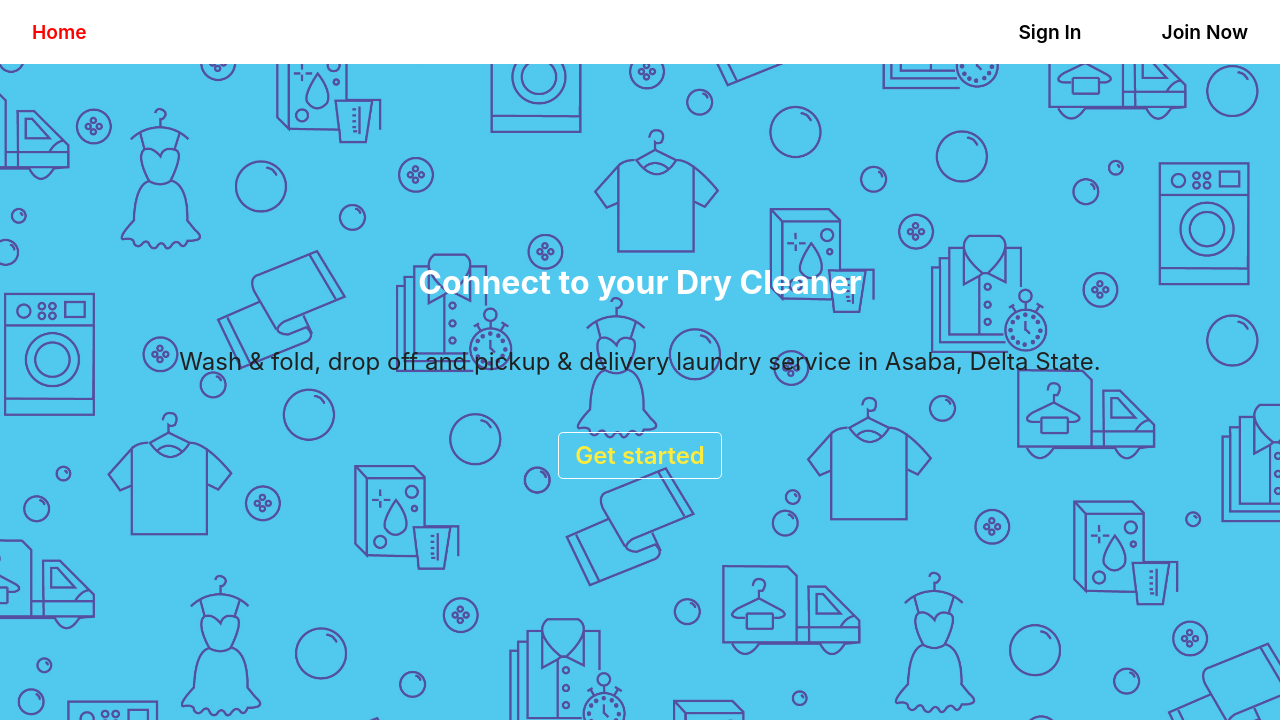
Repository: MikkyPrestige/fake-user-authentication
Page: /
The author's editor kept a copy of each file at every save. The page is drawn from the files as they stood at one save, then again after the next save.
The browser window is 1280 px wide. The pictures show the whole page.
The project was rebuilt for these pictures with package versions that can differ from the ones it lists, and the page was loaded fresh each time.

Above is the page before, as saved 2022-11-19 23:01:57.

### src/index.css
body {
  margin: 0;
  font-family: -apple-system, BlinkMacSystemFont, 'Segoe UI', 'Roboto', 'Oxygen',
    'Ubuntu', 'Cantarell', 'Fira Sans', 'Droid Sans', 'Helvetica Neue',
    sans-serif;
  -webkit-font-smoothing: antialiased;
  -moz-osx-font-smoothing: grayscale;
  background-image: url(./assets/img/pattern_blue-1.jpg);
  background-repeat: no-repeat;
  background-size: cover;
  background-position: center;
  background-attachment: fixed;
}

code {
  font-family: source-code-pro, Menlo, Monaco, Consolas, 'Courier New',
    monospace;
}

### src/App.jsx
import React from "react";
import { Route, Routes } from "react-router-dom";
import { Home, Navigation } from "./components";

function App() {
  return (
    <div className="App">
      <Navigation />
      <Routes>
      <Route path="/" element={< Home />} />
      </Routes>
    </div>
  );

}

export default App;

### src/components/index.js
export { default as Home } from './home';
export { default as Navigation } from './navigation';

### src/components/home.jsx
// HOME COMPONENT - This is the main component for the home page
// It contains the main content for the home page

import React from 'react';
import { Link } from 'react-router-dom';
import "../assets/styles/home.css";

const Home = () => {
    return (
        <div className="home">
            <div className="home__content">
                <h1 className="home__title">Connect to your Dry Cleaner</h1>
                <p className="home__description">Wash & fold, drop off and pickup & delivery laundry service in Asaba, Delta State.</p>
                <Link to="/" className="home__link">Get started</Link>
            </div>
        </div>
    )
}

export default Home;

### src/components/navigation.jsx
// NAVIGATION COMPONENT

import React from "react";
import { NavLink } from "react-router-dom";
import "../assets/styles/navigation.css";

const Navigation = () => {
  return (
    <div className="navigation">
      <nav className="navigation__links">
        <div className="navigation--link">
          <NavLink
            style={({ isActive }) =>
              isActive ? { color: "red" } : { color: "black" }
            }
            to="/"
            className="navigation__link--item"
            exact
          >
            Home
          </NavLink>
        </div>
        <div className="navigation__link--wrapper">
          <NavLink
            style={({ isActive }) =>
              isActive ? { color: "red" } : { color: "black" }
            }
            to="/signIn"
            className="navigation__link--item"
          >
            Sign In
          </NavLink>
          <NavLink
            style={({ isActive }) =>
              isActive ? { color: "red" } : { color: "black" }
            }
            to="/join"
            className="navigation__link--item"
          >
            Join Now
          </NavLink>
        </div>
      </nav>
    </div>
  );
};

export default Navigation;

### src/assets/styles/home.css
.home {
  background: url(../img/pattern_blue-1.jpg) no-repeat cover center fixed;
  height: 100vh;
  color:  #fff;
}

.home__content {
  display: flex;
  flex-direction: column;
  justify-content: center;
  align-items: center;
  height: 100%;
}

.home__title {

}

.home__description {
  font-size: 1.5rem;
  color: #212121;
}

.home__link {
  text-decoration: none;
  color: #FFEB3B;
  font-size: 1.5rem;
  font-weight: 600;
  padding: .5rem 1rem;
  border: 1px solid #fff;
  border-radius: 5px;
  margin-top: 2rem;
}

### src/assets/styles/navigation.css
.navigation {
    background-color: #fff;
    height: 4rem;
    position: fixed;
    top: 0;
    width: 100%;
    z-index: 100;
}

.navigation__links {
    display: flex;
    justify-content: space-between;
    align-items: center;
    height: 100%;
    padding: 0 2rem;
}

.navigation__link--item {
    font-size: 1.2rem;
    font-weight: 600;
    text-decoration: none;
}

.navigation__link--wrapper {
  display: flex;
  align-items: center;
  gap: 5rem;
}

Loaded but not shown: public/index.html (common file); src/index.js (common file)

After the next save:
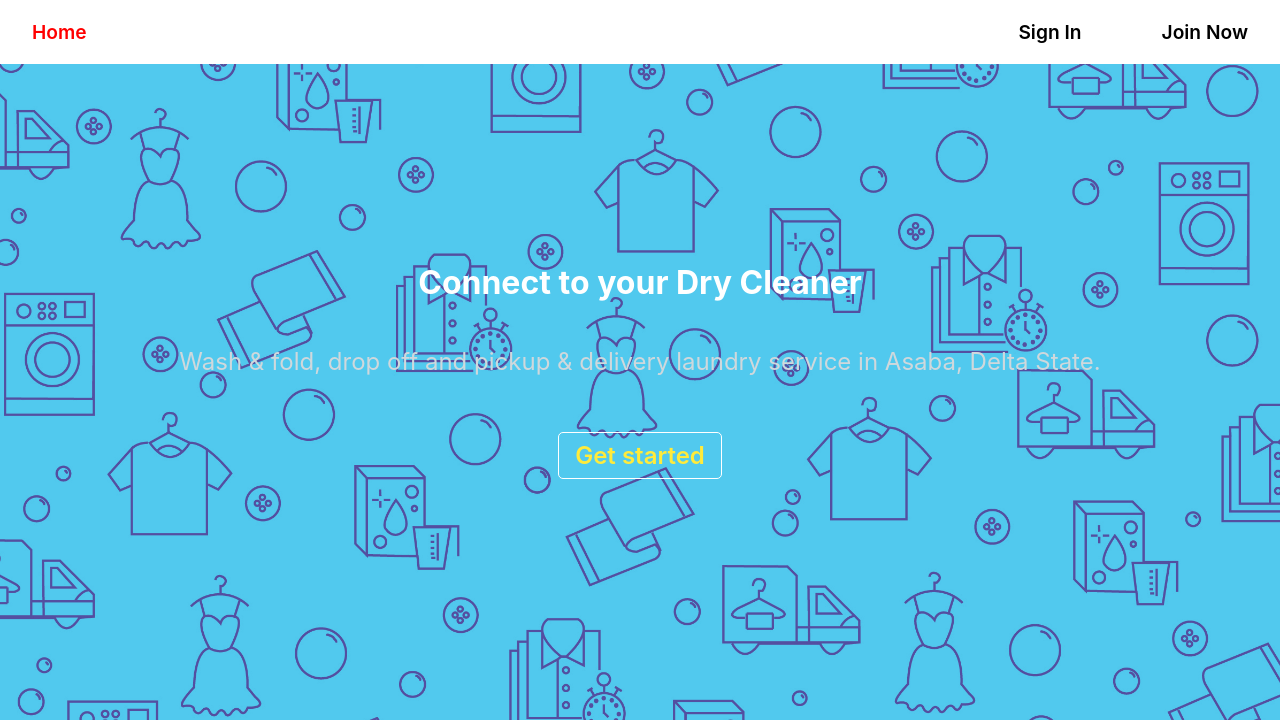
Saved 11 s later.
--- a/src/assets/styles/home.css
+++ b/src/assets/styles/home.css
@@ -18,7 +18,7 @@
 
 .home__description {
   font-size: 1.5rem;
-  color: #212121;
+  color: #CFD8DC;
 }
 
 .home__link {
